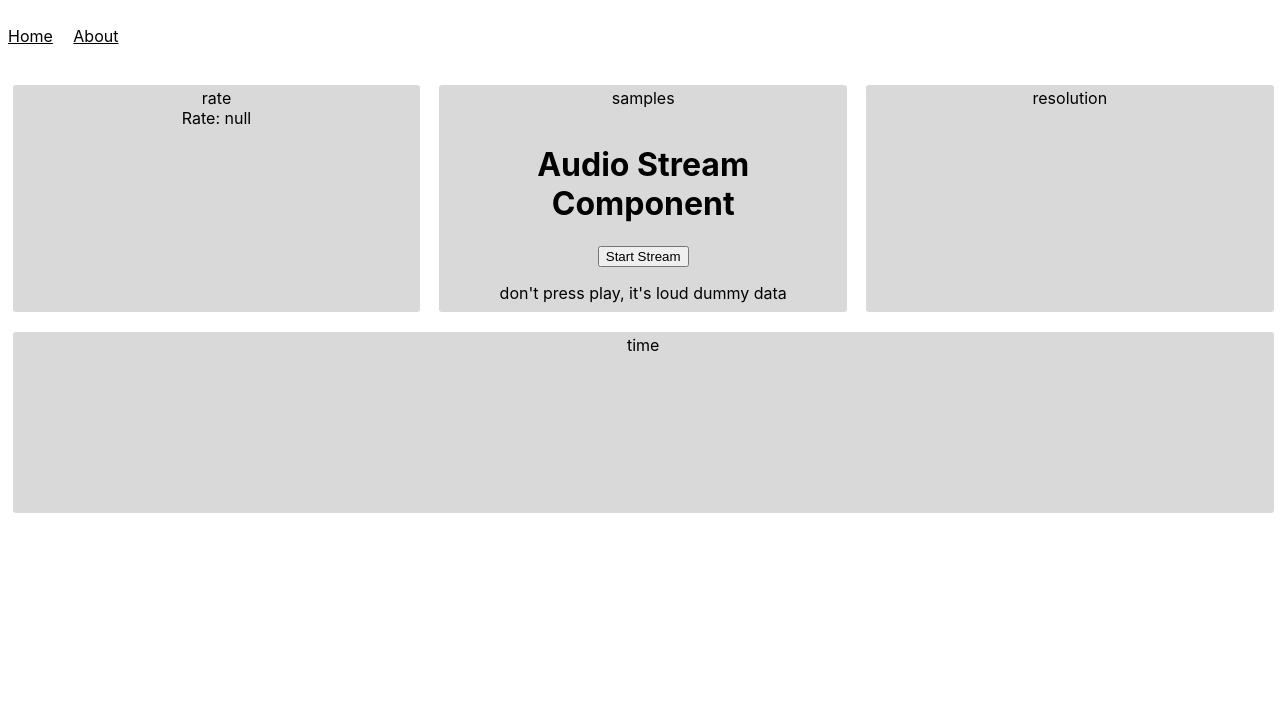
Repository: Sense-Scape/Sensor_Viewer
Page: /
An editor plug-in stored every save of this project. The page is shown before and after the next save, followed by the edit.
The browser window is 1280 px wide. The pictures show the whole page.
The page's requests for data from a server got no answer. The project was rebuilt for these pictures with package versions that can differ from the ones it lists, and the page was loaded fresh each time. The framework's server and built-in components were replaced by stand-ins that run in the browser. No one was signed in, and anything a server would have sent is missing. Also part of the build but not shown: svelte.config.js, vite.config.ts.

Above is the page before, as saved 2023-09-14 07:29:42.

After the next save:
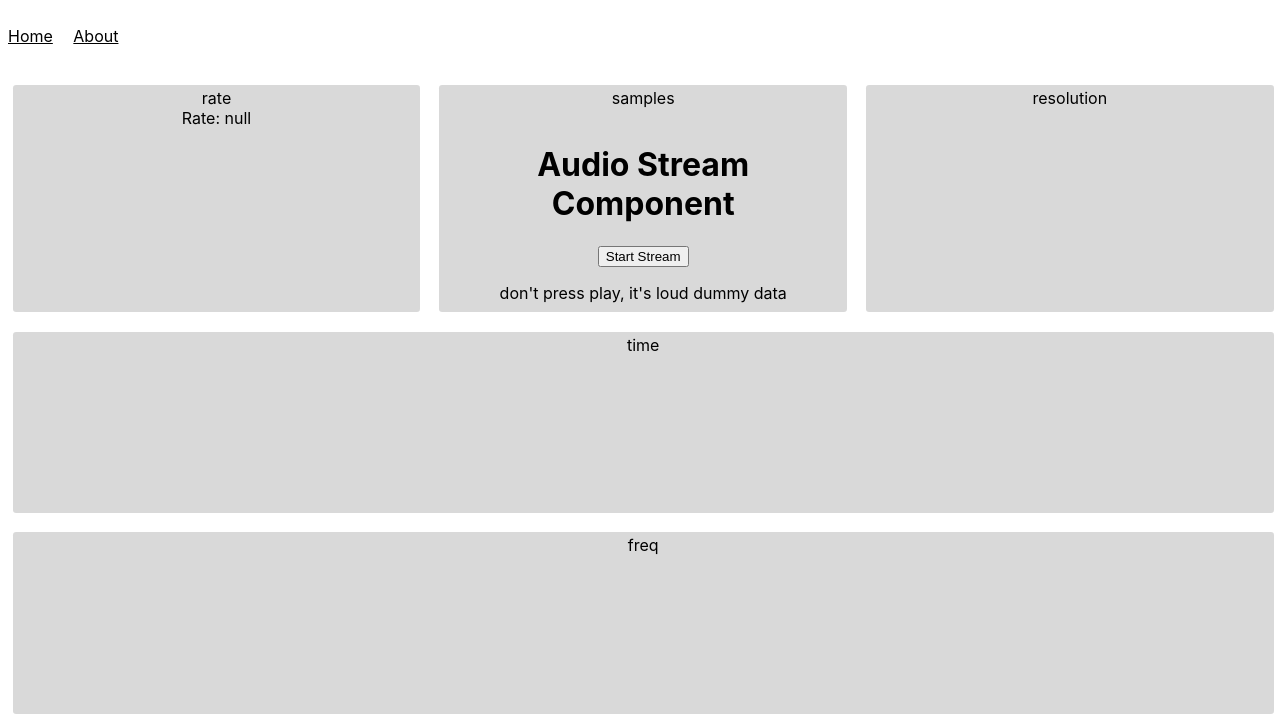
Saved 8 s later.
--- a/src/routes/+page.svelte
+++ b/src/routes/+page.svelte
@@ -1,6 +1,6 @@
 <script lang="ts">
 	import { onDestroy } from 'svelte';
-	import { Line } from 'svelte-chartjs';
+	import { Chart } from 'svelte-chartjs';
 
 	// components
 	import AudioStream from '../AudioStream.svelte';
@@ -41,7 +41,11 @@
 			<p>time</p>
 		</Card>
 	</div>
-	<div class="freq block" />
+	<div class="freq block">
+		<Card>
+			<p>freq</p>
+		</Card>
+	</div>
 	<div class="rate block">
 		<Card>
 			<div>
